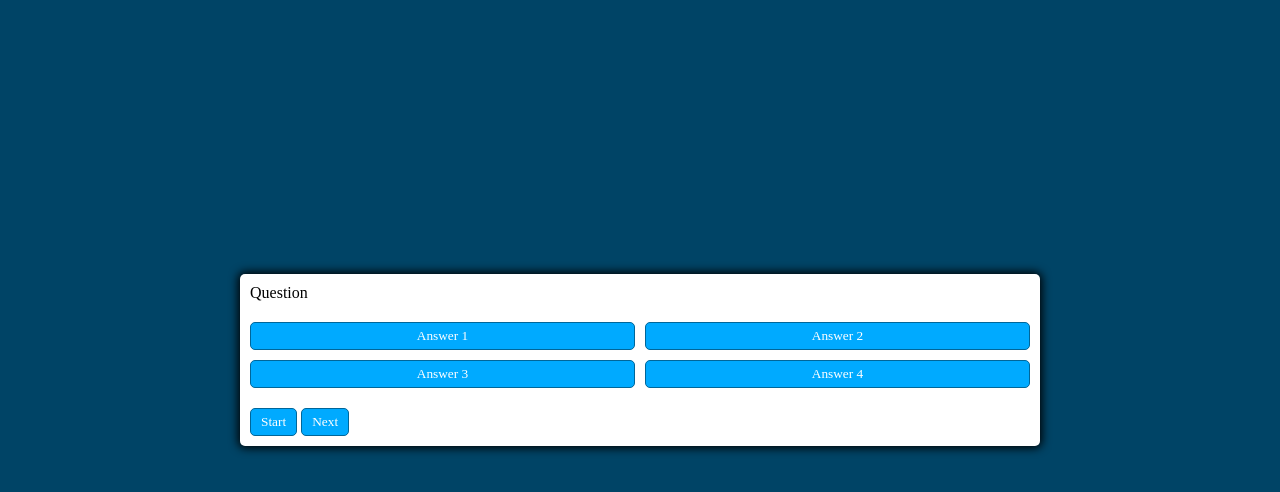
Repository: DaNiels89/quiz-js
Page: index.html
An editor plug-in stored every save of this project. The page is shown before and after the next save, followed by the edit.
The browser window is 1280 px wide. The pictures show the whole page.
The pointer rests on the first visible `.btn`.

Above is the page before, as saved 2020-06-22 09:50:09.

### index.html
<!DOCTYPE html>
<html lang="en">

<head>
    <meta charset="UTF-8">
    <meta name="viewport" content="width=device-width, initial-scale=1.0">
    <link rel="stylesheet" href="css/styles.css">
    <script defer scr="script.js"></script>
    <title>Quiz</title>
</head>

<body>
    <div class="container">
        <div id="question-container" class="hide">
            <div class="question">Question</div>
            <div id="answer-buttons" class="btn-grid">
                <button class="btn">Answer 1</button>
                <button class="btn">Answer 2</button>
                <button class="btn">Answer 3</button>
                <button class="btn">Answer 4</button>
            </div>
        </div>
        <div class="controls">
            <button id="start-btn" class="start-btn btn">Start</button>
            <button id="next-btn" class="next-btn btn">Next</button>
        </div>
    </div>
</body>

</html>

### css/styles.css
*, *::before, *::after {
    box-sizing: border-box;
    font-family: Gotham Rounded;
}

:root {
    --hue-neutral: 200;
    --hue-wrong: 0;
    --hue-correct: 145;
}

body {
    --hue: var(--hue-neutral);
    padding: 0;
    margin: 0;
    display: flex;
    width: 100vw;
    height: 100vh;
    justify-content: center;
    align-items: center;
    background-color: hsl(var(--hue), 100%, 20%);
}

body.correct {
    --hue: var(--hue-correct);
}

body.wrong {
    --hue: var(--hue-wrong);
}

.container {
    width: 800px;
    max-width: 80%;
    background-color: white;
    border-radius: 5px;
    padding: 10px;
    box-shadow: 0 0 10px 2px;
}

.btn-grid {
    display: grid;
    grid-template-columns: repeat(2, auto);
    gap: 10px;
    margin: 20px 0;
}

.btn {
    --hue: var(--hue-neutral);
    border: 1px solid hsl(var(--hue), 100%, 30%);
    background-color: hsl(var(--hue), 100%, 50%);
    border-radius: 5px;
    padding: 5px 10px;
    color: white;
    outline: none;
}

After the next save:
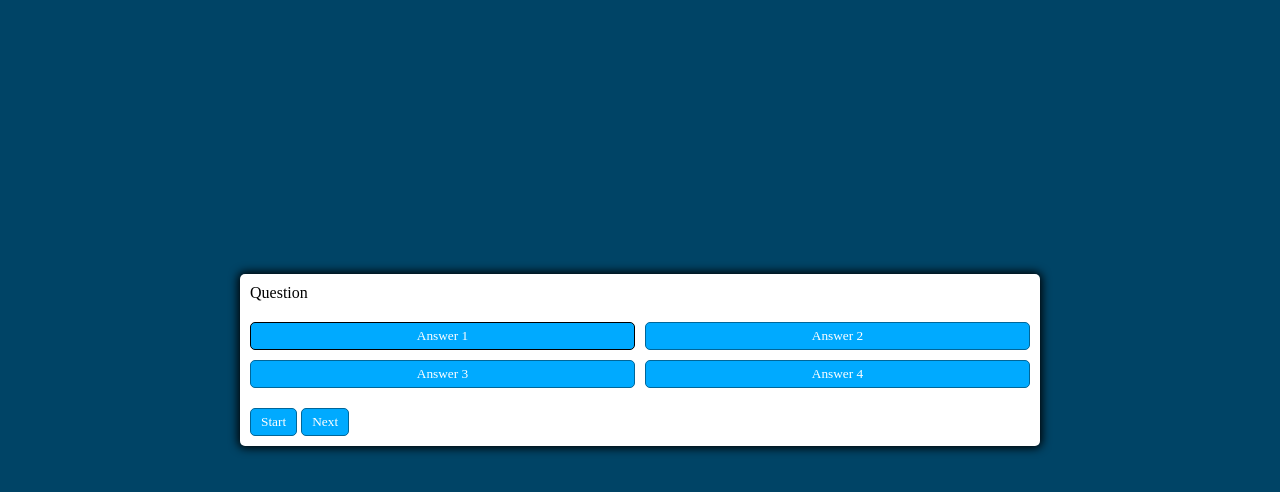
Saved 17 s later.
--- a/css/styles.css
+++ b/css/styles.css
@@ -54,3 +54,7 @@ body.wrong {
     color: white;
     outline: none;
 }
+
+.btn:hover {
+    border-color: black
+}
